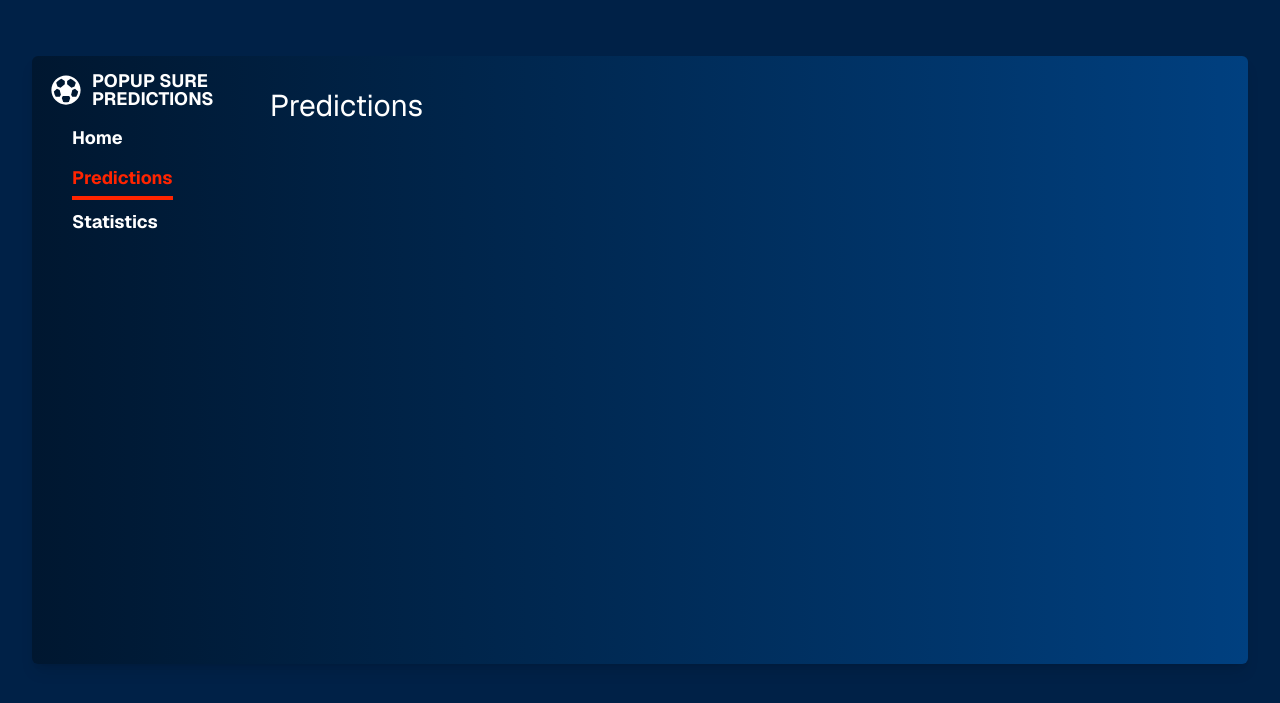
Repository: prototypedave/AlgoFooty
Page: /predictions (app in frontend/algo-footy/)
The author's editor kept a copy of each file at every save. The page is drawn from the files as they stood at one save, then again after the next save.
The browser window is 1280 px wide. The pictures show the whole page.
The project was rebuilt for these pictures with package versions that can differ from the ones it lists, and the page was loaded fresh each time. The framework's server and built-in components were replaced by stand-ins that run in the browser. Also part of the build but not shown: frontend/algo-footy/next.config.ts.

Above is the page before, as saved 2025-11-03 06:30:25.

### frontend/algo-footy/app/predictions/page.tsx
"use client";

import Link from "next/link";
import { IoMdFootball } from "react-icons/io";
import { usePathname } from "next/navigation";

export default function Predictions() {
    const pathname = usePathname();
    return (
        <div className="relative flex flex-col min-h-screen items-center justify-center bg-oxford-blue font-sans">
            <nav className="absolute inset-x-0 top-0 bottom-0 bg-gradient-to-r from-[#001730] to-[#004080] text-white max-h-full rounded-md mx-8 my-14 shadow-lg flex gap-10 p-4">
                <div className="flex flex-col">
                    <div className="flex gap-2">
                        <IoMdFootball className="text-4xl"/>
                        <p className="text-lg font-bold leading-none">
                            <span className="block">POPUP SURE </span>
                            <span className="block">PREDICTIONS</span>
                        </p>
                    </div>
                    <div className="flex flex-col items-start gap-2 pt-4 pl-6 font-bold text-lg text-white">
                        <Link
                            href="/home"
                            className={`pb-1 ${
                            pathname === "/home"
                                ? "border-b-4 border-black font-bold"
                                : "border-b-0"
                            }`}
                        >
                            Home
                        </Link>
                        <Link href="/predictions"
                            className={`inline-block pb-1 ${
                                pathname === "/predictions"? "border-b-4 border-orange-red font-bold text-orange-red" : "border-b-0 border-orange-red"
                            }`}>Predictions</Link>
                        <Link href={"/statistics"}>Statistics</Link>
                    </div>
                </div>
                <div className="flex flex-col p-4">
                    <h1 className="text-3xl">Predictions</h1>
                </div>
            </nav>
        </div>
    );
}

### frontend/algo-footy/app/globals.css
@import "tailwindcss";

:root {
  --background: #ffffff;
  --foreground: #171717;
}

@theme inline {
  --color-background: var(--background);
  --color-foreground: var(--foreground);
  --font-sans: var(--font-geist-sans);
  --font-mono: var(--font-geist-mono);
}

@theme {
  --color-oxford-blue: #002147;
  --color-orange-red: #FF2400;
}

@media (prefers-color-scheme: dark) {
  :root {
    --background: #0a0a0a;
    --foreground: #ededed;
  }
}

body {
  background: var(--background);
  color: var(--foreground);
  font-family: Arial, Helvetica, sans-serif;
}

Loaded but not shown: frontend/algo-footy/app/layout.tsx (common file)

After the next save:
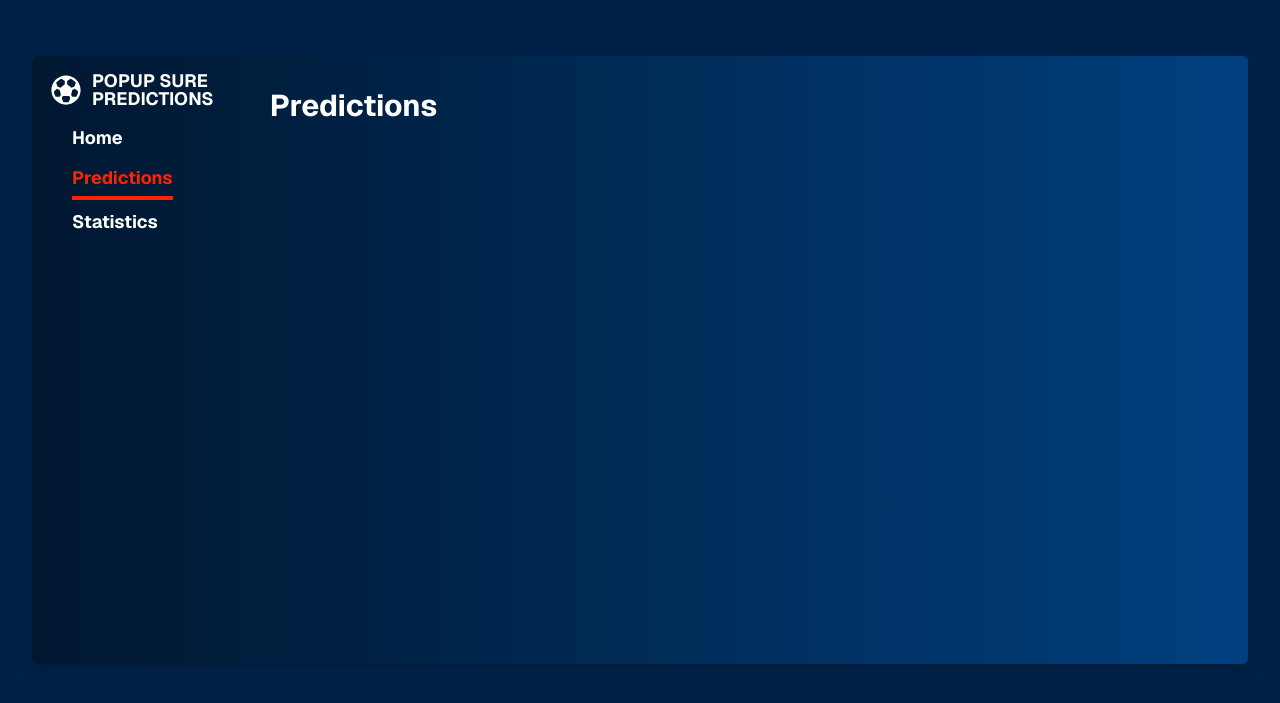
Saved 12 s later.
--- a/frontend/algo-footy/app/predictions/page.tsx
+++ b/frontend/algo-footy/app/predictions/page.tsx
@@ -36,7 +36,7 @@ export default function Predictions() {
                     </div>
                 </div>
                 <div className="flex flex-col p-4">
-                    <h1 className="text-3xl">Predictions</h1>
+                    <h1 className="text-3xl font-bold">Predictions</h1>
                 </div>
             </nav>
         </div>
